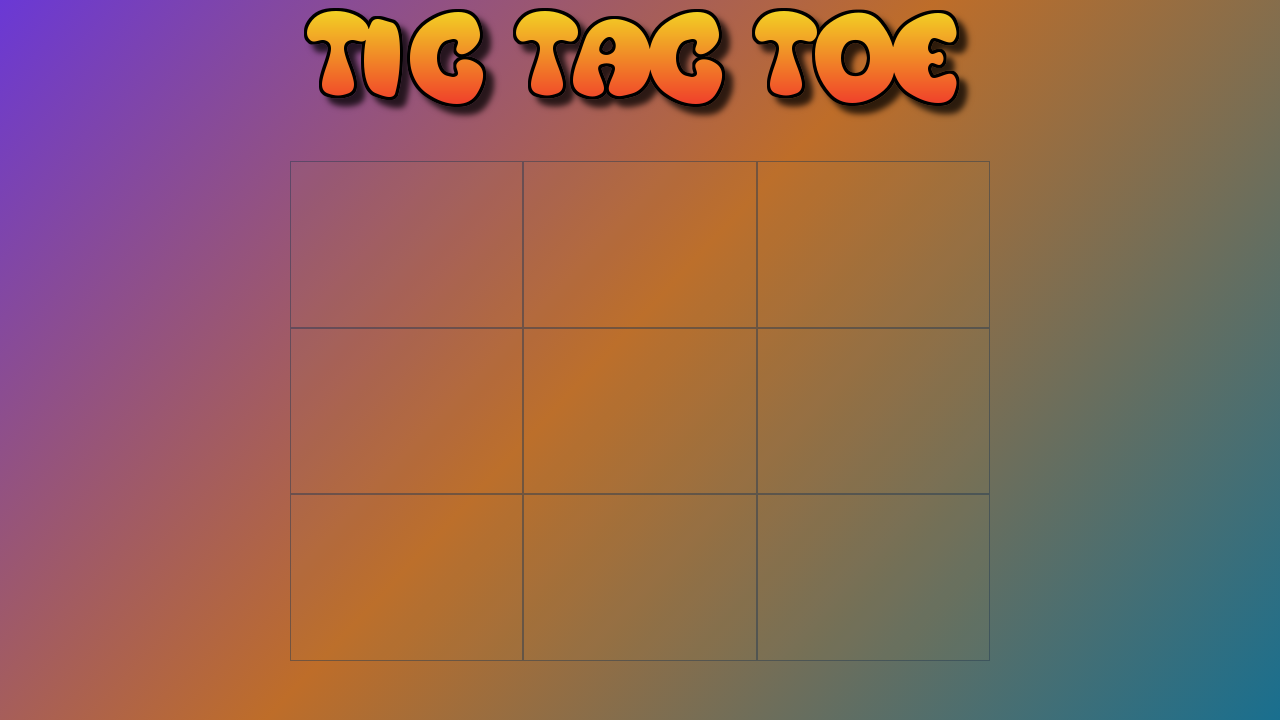
Repository: malx9/Project--5---Tic-Tac-Toe-with-AI
Page: index.html
The author's editor kept a copy of each file at every save. The page is drawn from the files as they stood at one save, then again after the next save.
The browser window is 1280 px wide. The pictures show the whole page.

Above is the page before, as saved 2023-12-25 17:20:05.

### index.html
<!DOCTYPE html>
<html lang="en">
  <head>
    <meta charset="UTF-8" />
    <meta name="viewport" content="width=device-width, initial-scale=1.0" />
    <link rel="stylesheet" href="styles.css" />
    <title>Tic Tac Toe</title>
  </head>
  <body>
    <header>
      <img class="logo" src="images/logo.png" />
    </header>
    <main>
      <div class="game--board">
        <div class="square"></div>
        <div class="square"></div>
        <div class="square"></div>
        <div class="square"></div>
        <div class="square"></div>
        <div class="square"></div>
        <div class="square"></div>
        <div class="square"></div>
        <div class="square"></div>
      </div>
    </main>
  </body>
</html>

### styles.css
html {
  height: 100%;
  margin: 0;
}

body {
  margin: 0;
  background: rgb(106, 56, 213);
  background: linear-gradient(
    133deg,
    rgba(106, 56, 213, 1) 0%,
    rgba(190, 109, 41, 1) 48%,
    rgba(25, 111, 143, 1) 100%
  );
}

.logo {
  display: block;
  margin-left: auto;
  margin-right: auto;
  margin-bottom: 30px;
}

.game--board {
  display: grid;
  grid-template-columns: repeat(3, 1fr);
  grid-template-rows: repeat(3, 1fr);
  width: 700px;
  height: 500px;
  margin: auto;
}

.square {
  opacity: 0.5;
  background-color: rgb(163, 128, 64, 0.2);
  border: 1px solid #2c3e50;
  border: 1px solid #2c3e50;
}

After the next save:
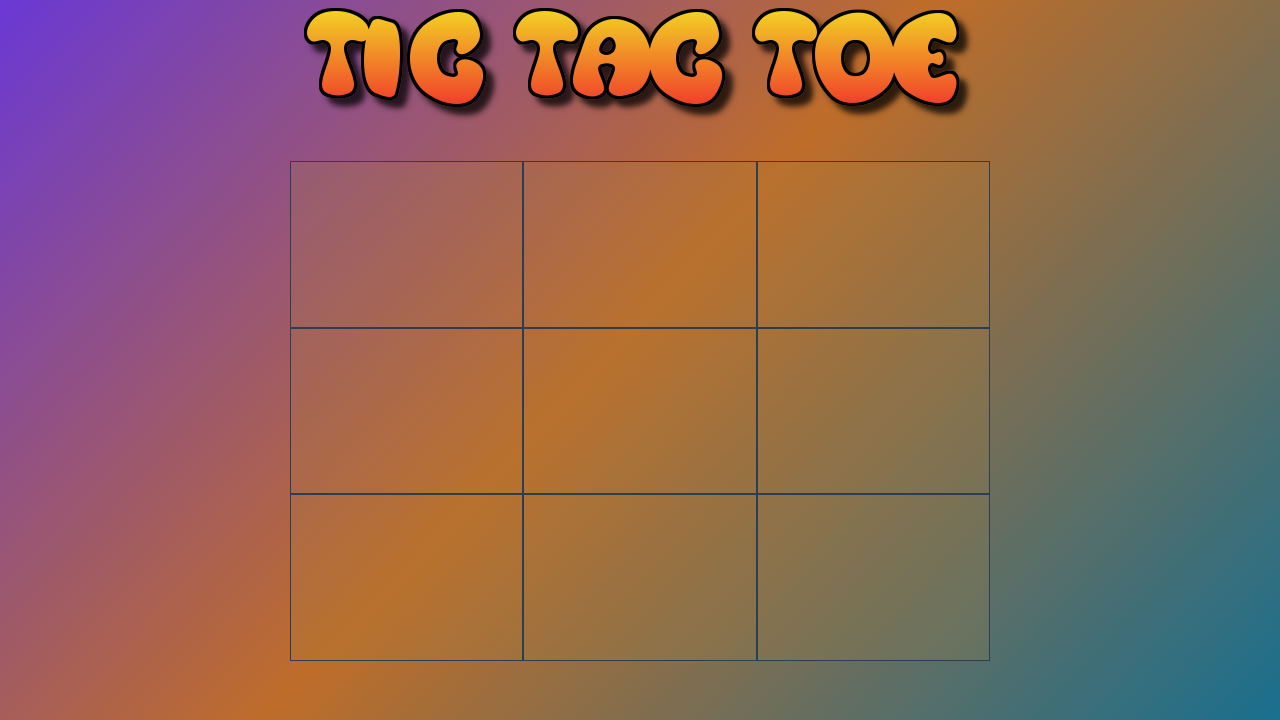
Saved 8 s later.
--- a/styles.css
+++ b/styles.css
@@ -31,8 +31,6 @@ body {
 }
 
 .square {
-  opacity: 0.5;
   background-color: rgb(163, 128, 64, 0.2);
   border: 1px solid #2c3e50;
-  border: 1px solid #2c3e50;
 }
